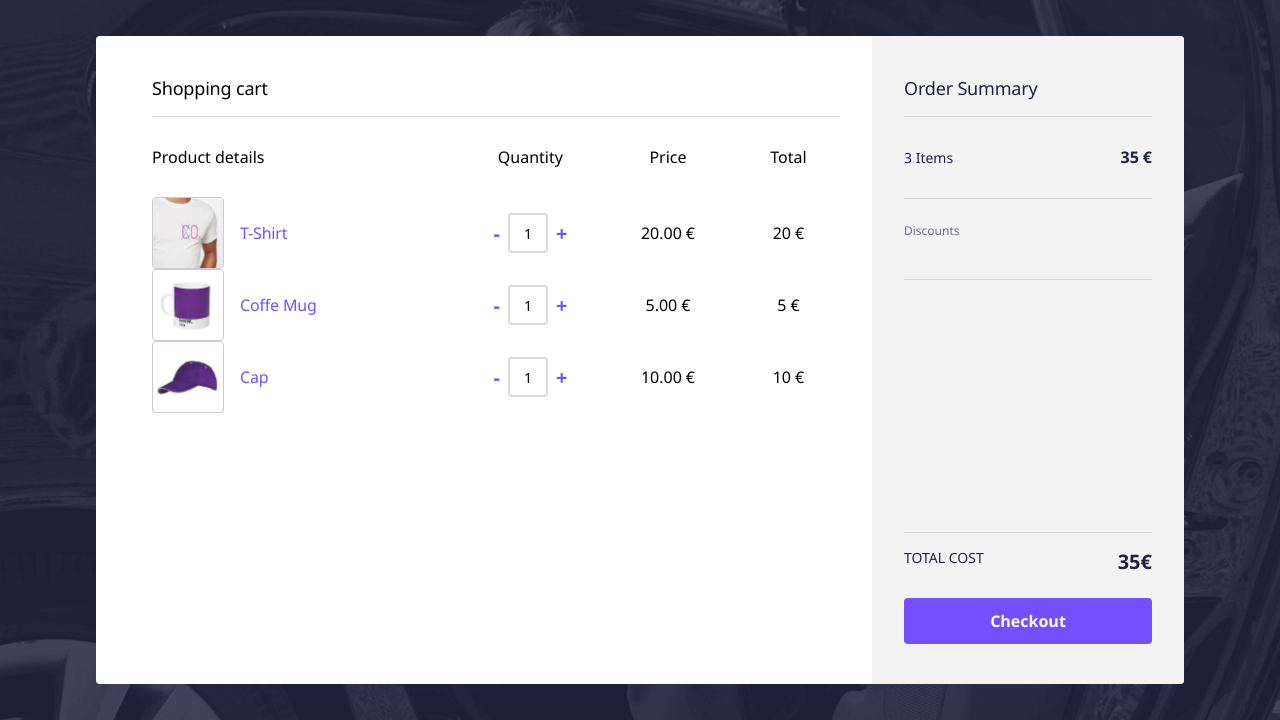
Repository: banchiec/challengecbfy
Page: /
The author's editor kept a copy of each file at every save. The page is drawn from the files as they stood at one save, then again after the next save.
The browser window is 1280 px wide. The pictures show the whole page.
An inner scrolling area shows only its first screen. Some web fonts or font styles are not loaded; a fallback is used. The project was rebuilt for these pictures with package versions that can differ from the ones it lists, and the page was loaded fresh each time. Also part of the build but not shown: craco.config.js.

Above is the page before, as saved 2021-12-10 12:24:37.

After the next save:
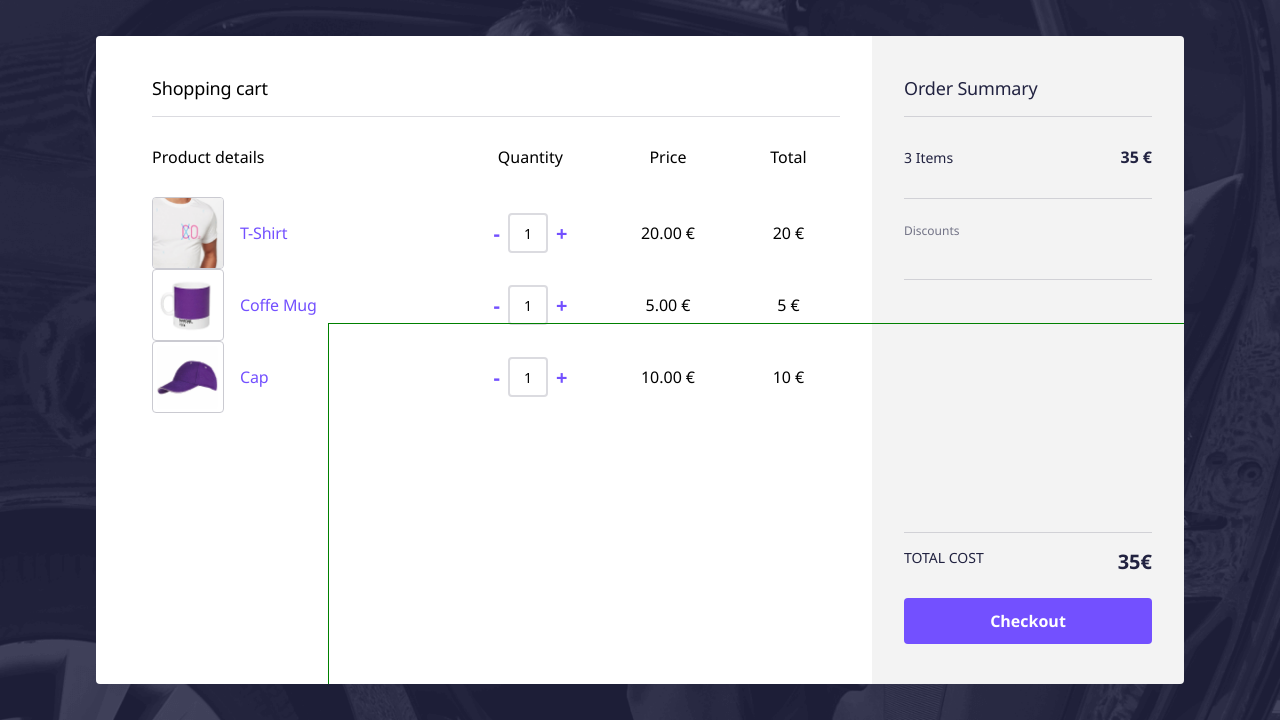
Saved 56 s later.
--- a/src/App.css
+++ b/src/App.css
@@ -489,3 +489,11 @@ input {
 }
 
 /* MODAL */
+.modal {
+  position: absolute ;
+  width: 1088px;
+  height: 648px;
+  left: 176px;
+  top: 126px;
+  border: 1px solid green;
+}
